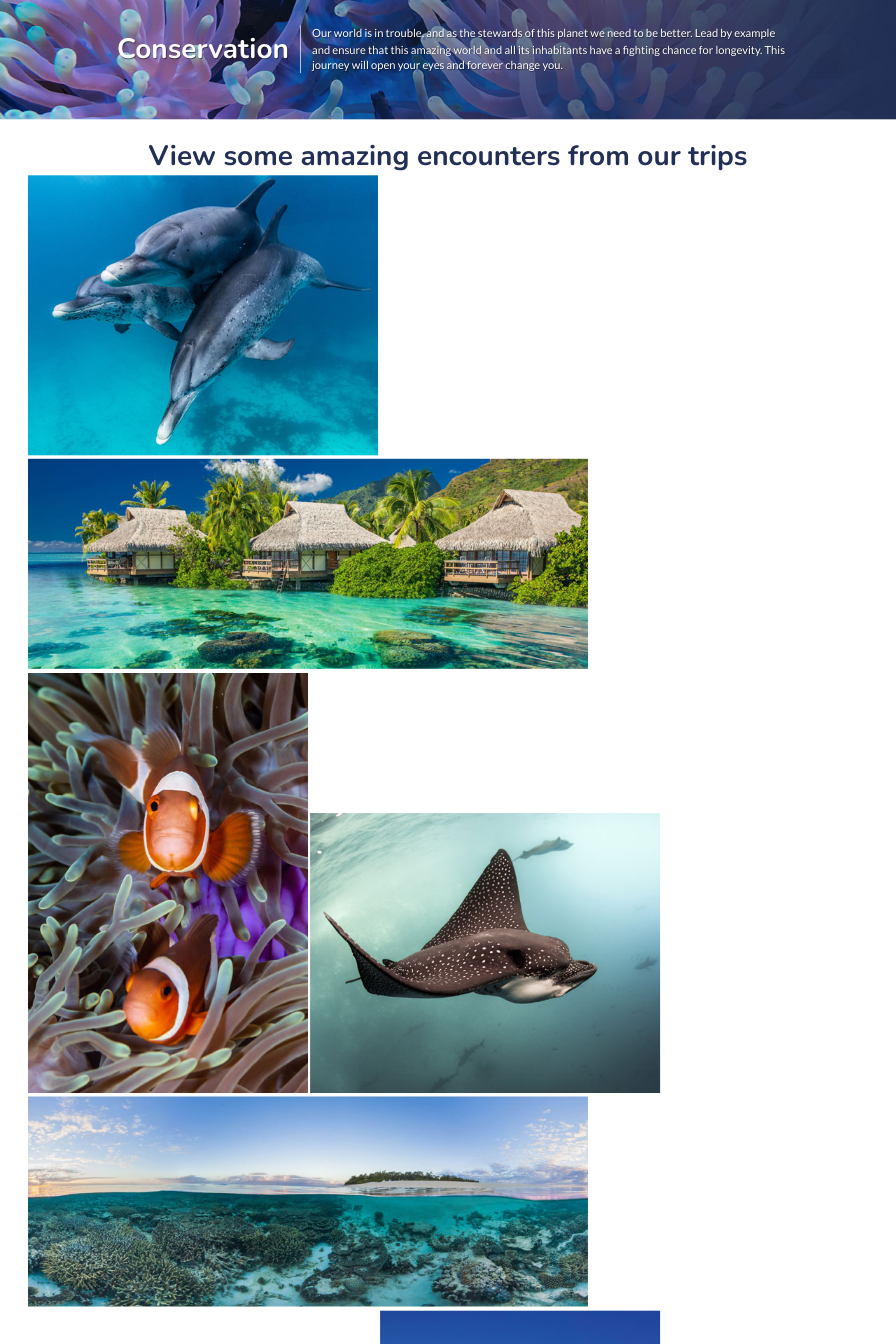
Repository: mariocapitbrok/css-combining-grid-and-flexbox-ch04
Page: 04_13/04_13_start.html
The author's editor kept a copy of each file at every save. The page is drawn from the files as they stood at one save, then again after the next save.
The browser window is 1280 px wide. The pictures show the part of the page from y = 4049 to 5969 px (the page is 11085 px tall before and 6549 px after), at 70% of full size.

Above is the page before, as saved 2022-10-13 09:04:29.

After the next save:
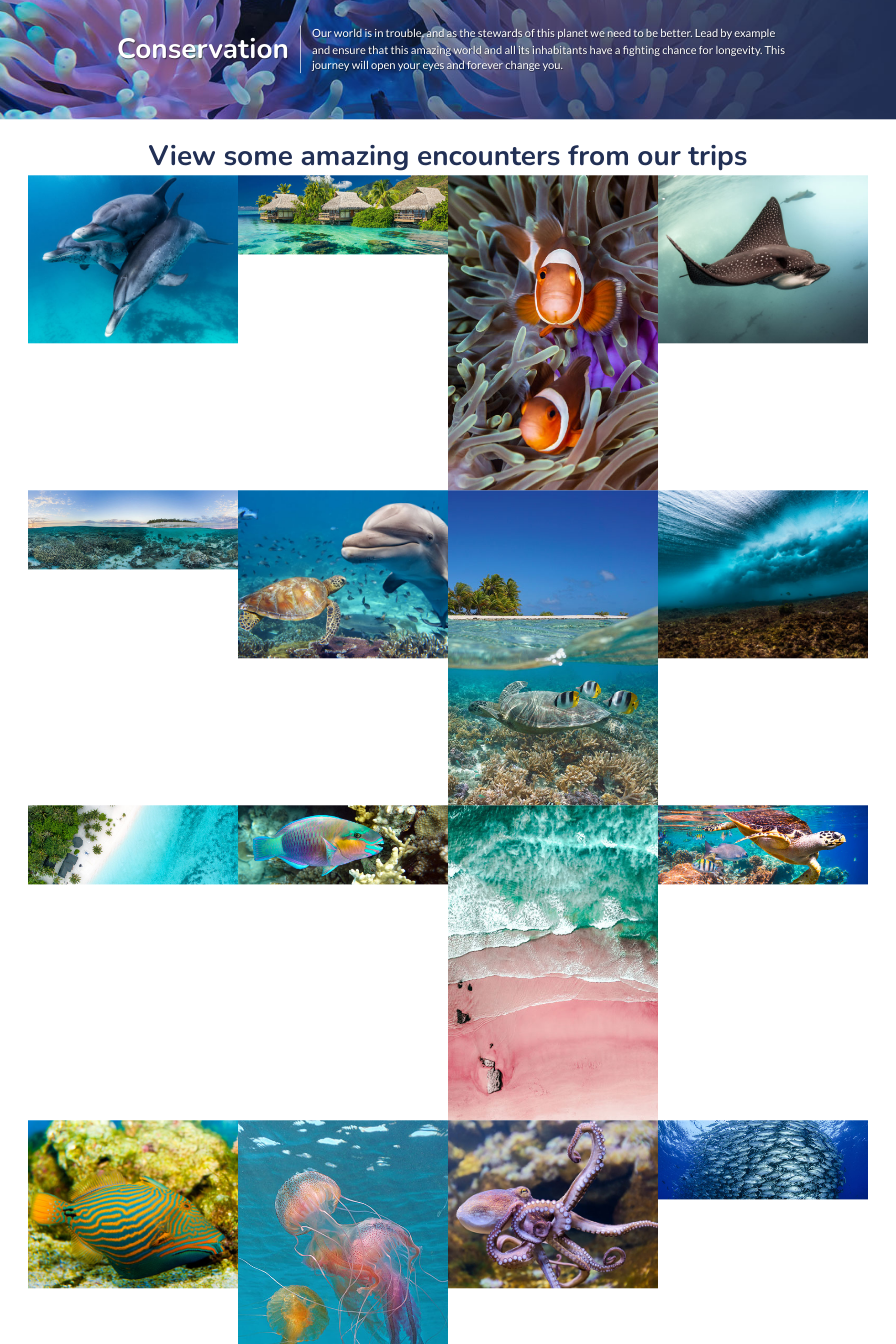
Saved 13 min 21 s later.
--- a/04_13/styles/base.css
+++ b/04_13/styles/base.css
@@ -562,6 +562,9 @@ section.problem {
 }
 
 .galleryWrap {
+  display: grid;
+  grid-template-columns: repeat(auto-fit, minmax(250px, 1fr));
+  grid-auto-flow: row dense;
 }
 
 .galleryWrap img[src$="_w.jpg"] {
